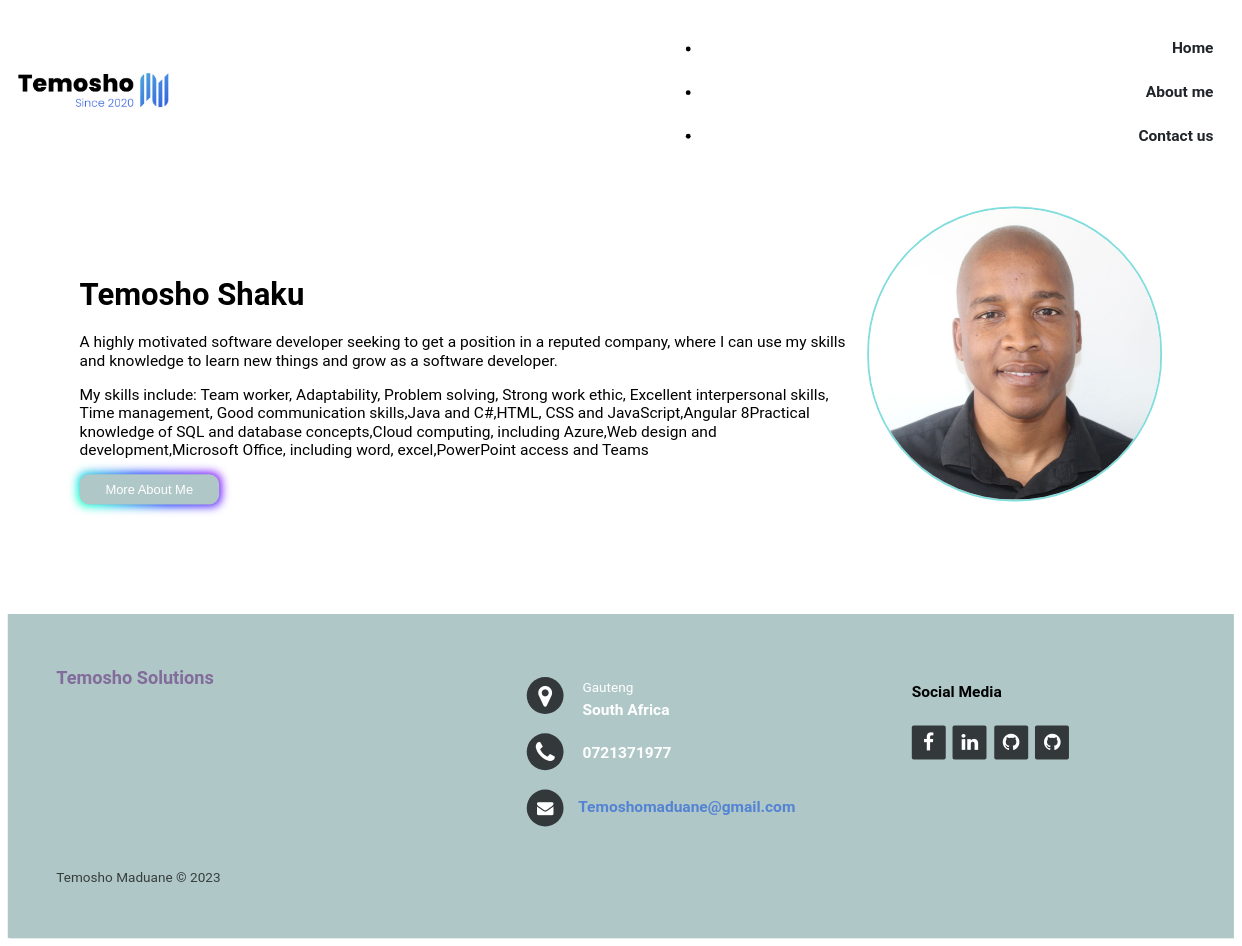
Repository: TemoshoS/T-Shaku
Page: index.html
An editor plug-in stored every save of this project. The page is shown before and after the next save, followed by the edit.
The browser window is 1280 px wide. The pictures show the whole page, at 97% of full size.
Pictures or frames that could not be fetched are drawn as grey boxes. Some web libraries are served in a nearby version.

Above is the page before, as saved 2023-09-28 14:38:58.

### index.html
<!DOCTYPE html>
<html>
<title>Temosho Shaku</title>
<meta charset="UTF-8">
<meta name="viewport" content="width=device-width,initial-scale=1">


<link rel="stylesheet" href="./css/style.css">

<link rel="stylesheet" href="http://maxcdn.bootstrapcdn.com/font-awesome/4.2.0/css/font-awesome.min.css">
<link href="http://fonts.googleapis.com/css?family=Cookie" rel="stylesheet" type="text/css">

<body>

  <header>
    <div>
      <table style="width: 100%;">
        <tr>
          <td>
            <a href="index.html">
              <img src="./images/logo.png" style="height: 50px;" alt="No logo" />
            </a>
          </td>
          <td align="right">
            <nav>
              <!-- Mobile Menu Icon -->
              <div class="menu-icon" onclick="toggleMenu()">
                <div class="bar"></div>
                <div class="bar"></div>
                <div class="bar"></div>
              </div>
              <!-- Navigation Links (Initially Hidden) -->
              <ul class="nav-links">
                <li><a href="index.html" class="nav-link"><b>Home</b></a></li>
                <li><a href="about.html" class="nav-link"><b>About me</b></a></li>
                <li><a href="contact.html" class="nav-link"><b>Contact us</b></a></li>
              </ul>
            </nav>
          </td>
        </tr>
      </table>
    </div>
  </header>



  <main>
    <table style="width: 100%; height: 300px">

      <tr>
        <td style="padding-left: 10vh; padding-top: 50px">
          <h1 id="name"></h1>
          <p style="width: 100%" id="para"></p>
          <p style="width: 100%" id="para1"></p>
          <button onclick="window.location.href='about.html'" class="buttonmore">More About Me</button>



        </td>
        <td align="right" style="padding-right: 10vh; padding-top: 30px; padding-bottom: 30px">
          <img src="./images/Temosho.jpg" alt="No picture" width="300px" height="300px"
            style="border-radius: 150px; object-fit: cover; border: 2px solid rgb(130, 221, 221);" />
        </td>
      </tr>
    </table>
  </main>


  <footer class="footer-distributed">
    <div class="footer-left">

      <h3><span>Temosho Solutions</span></h3>
      <p class="footer-links">
        <iframe
          src="https://www.google.com/maps/embed?pb=!1m18!1m12!1m3!1d57373.12731923028!2d28.183328280934226!3d-26.00669819115315!2m3!1f0!2f0!3f0!3m2!1i1024!2i768!4f13.1!3m3!1m2!1s0x1e956bed9ab01b69%3A0xc853e498933bab2e!2sTembisa%2C%201632!5e0!3m2!1sen!2sza!4v1676883111483!5m2!1sen!2sza"
          width="300" height="150" style="border:0;" allowfullscreen="" loping="lazy"></iframe>


      </p>


      <p class="footer-portfolio-name">Temosho Maduane &copy; 2023</p>
    </div>

    <div class="footer-center">

      <div>
        <i class="fa fa-map-marker"></i>
        <p><span>Gauteng</span>South Africa</p>
      </div>
      <div>
        <i class="fa fa-phone"></i>
        <p>0721371977</p>
        </p>

      </div>
      <div>

        <p><a href="temoshomaduane@gmail.com"><i class="fa fa-envelope"></i>Temoshomaduane@gmail.com</a>
        </p>
      </div>
    </div>

    <div class="footer-right">
      <p>
        Social Media
      </p>

      <div class="footer-icons">
        <a href="https://m.facebook.com/temosho.shaku"><i class="fa fa-facebook"></i></a>
        <a href="https://www.linkedin.com/mwlite/in/temosho-shaku-a2598917b"><i class="fa fa-linkedin"></i></a>
        <a href="https://github.com/TemoshoS"><i class="fa fa-github"></i></a>
        <a href="https://api.whatsapp.com/send?phone=27 721371977"><i class="fa fa-github"></i></a>

      </div>

    </div>
  </footer>
  <script src="./javascript/index.js"></script>
</body>

</html>

### css/style.css
/*Navigation bar*/
.nav-link {
	text-decoration: none;
	display: inline-block;
	padding: 13px 13px;
	color: #212529;
	margin-right: 5px;
  }

  .nav-link:hover {
	text-decoration:none;
	border-bottom: 2px solid #84e7ee;
  }


@import url("https://fonts.googleapis.com/css2?family=Roboto:wght@100&display=swap");
h1,
h2,
h3,
h4,
h5,
h6,
p,
a,
label,
address,
input {
	font-family: "Roboto", sans-serif;
}

/* CSS for Mobile Menu Icon */
.menu-icon {
    display: none; /* Initially hidden */
    cursor: pointer;
}

.menu-icon .bar {
    width: 25px;
    height: 3px;
    background-color: #212529;
    margin: 4px 0;
}

/*button*/

.buttonmore {
	padding: 0.6em 2em;
	border: none;
	outline: none;
	color: rgb(255, 255, 255);
	cursor: pointer;
	position: relative;
	z-index: 0;
	border-radius: 10px;
	user-select: none;
	-webkit-user-select: none;
	touch-action: manipulation;
  }

  .buttonmore:before {
	content: "";
	background: linear-gradient(
	  45deg,
	  #ff0000,
	  #ff7300,
	  #fffb00,
	  #48ff00,
	  #00ffd5,
	  #002bff,
	  #7a00ff,
	  #ff00c8,
	  #ff0000
	);
	position: absolute;
	top: -2px;
	left: -2px;
	background-size: 400%;
	z-index: -1;
	filter: blur(5px);
	-webkit-filter: blur(5px);
	width: calc(100% + 4px);
	height: calc(100% + 4px);
	animation: glowing-button-85 20s linear infinite;
	transition: opacity 0.3s ease-in-out;
	border-radius: 10px;
  }

  @keyframes glowing-button-85 {
	0% {
	  background-position: 0 0;
	}
	50% {
	  background-position: 400% 0;
	}
	100% {
	  background-position: 0 0;
	}
  }

  .buttonmore:after {
	z-index: -1;
	content: "";
	position: absolute;
	width: 100%;
	height: 100%;
	background: #b0c7c7;
	left: 0;
	top: 0;
	border-radius: 10px;
  }
/*Contact form*/
.contactform {


	border-radius: 5px;
	background-color: #f2f2f2;
	padding: 20px;
	width: 400px;
	margin-left: auto;
	margin-right: auto;

}



.footer-distributed{
	background-color: #b0c7c7;
	box-shadow: 0 1px 1px 0 rgba(5, 110, 52, 0.12);
	box-sizing: border-box;
	width: 100%;
	text-align: left;
	font: bold 16px sans-serif;

	padding: 55px 50px;
	margin-top: 80px;
}

.footer-distributed .footer-left,
.footer-distributed .footer-center,
.footer-distributed .footer-right{
	display: inline-block;
	vertical-align: top;
}

.footer-distributed .footer-left{
	width: 40%;
}

.footer-distributed h3{
	color:  #ffffff;

	margin: 0;
}

.footer-distributed h3 span{
	color:  #826c9b;
}


.footer-distributed .footer-links{
	color:  #ffffff;
	margin: 20px 0 12px;
	padding: 0;
}

.footer-distributed .footer-links a{
	display:inline-block;
	line-height: 1.8;
	text-decoration: none;
	color:  inherit;
}

.footer-distributed .footer-portfolio-name{
	color:  #373d3d;
	font-size: 14px;
	font-weight: normal;
	margin: 0;
}


.footer-distributed .footer-center{
	width: 35%;
}

.footer-distributed .footer-center i{
	background-color:  #33383b;
	color: #ffffff;
	font-size: 25px;
	width: 38px;
	height: 38px;
	border-radius: 50%;
	text-align: center;
	line-height: 42px;
	margin: 10px 15px;
	vertical-align: middle;
}

.footer-distributed .footer-center i.fa-envelope{
	font-size: 17px;
	line-height: 38px;
}

.footer-distributed .footer-center p{
	display: inline-block;
	color: #ffffff;
	vertical-align: middle;
	margin:0;
}

.footer-distributed .footer-center p span{
	display:block;
	font-weight: normal;
	font-size:14px;
	line-height:2;
}

.footer-distributed .footer-center p a{
	color:  #5383d3;
	text-decoration: none;;
}

.footer-distributed .footer-right{
	width: 20%;
}

.footer-distributed .footer-portfolio-about{
	line-height: 20px;
	color:  #92999f;
	font-size: 13px;
	font-weight: normal;
	margin: 0;
}

.footer-distributed .footer-portfolio-about span{
	display: block;
	color:  #ffffff;
	font-size: 14px;
	font-weight: bold;
	margin-bottom: 20px;
}

.footer-distributed .footer-icons{
	margin-top: 25px;
}

.footer-distributed .footer-icons a{
	display: inline-block;
	width: 35px;
	height: 35px;
	cursor: pointer;
	background-color:  #33383b;
	border-radius: 2px;

	font-size: 20px;
	color: #ffffff;
	text-align: center;
	line-height: 35px;

	margin-right: 3px;
	margin-bottom: 5px;
}


@media (max-width: 880px) {

	.menu-icon {
        display: block; /* Display the icon for smaller screens */
    }

    .nav-links {
        display: none; /* Hide the navigation links for smaller screens */
    }

    /* Add additional styles for the navigation links when hidden */
    .nav-link {
        display: block;
        text-align: center;
        margin: 5px 0;
        padding: 10px;
    }

	.footer-distributed{
		font: bold 14px sans-serif;

	}

	.footer-distributed .footer-left,
	.footer-distributed .footer-center,
	.footer-distributed .footer-right{
		display: block;
		width: 100%;
		margin-bottom: 40px;
		text-align: center;
	}

	.footer-distributed .footer-center i{
		margin-left: 0;
	}


}

### javascript/index.js

document.getElementById("name").innerHTML = "Temosho Shaku";

document.getElementById("para").innerHTML = "A highly motivated software developer seeking to get a position in a reputed company, where I can use my skills and knowledge to learn new things and grow as a software developer.";

document.getElementById("para1").innerHTML = "My skills include: Team worker, Adaptability, Problem solving, Strong work ethic, Excellent interpersonal skills, Time management, Good communication skills,Java and C#,HTML, CSS and JavaScript,Angular 8Practical knowledge of SQL and database concepts,Cloud computing, including Azure,Web design and development,Microsoft Office, including word, excel,PowerPoint access and Teams";

function toggleMenu() {
    var navLinks = document.querySelector('.nav-links');
    navLinks.style.display = navLinks.style.display === 'block' ? 'none' : 'block';
}

After the next save:
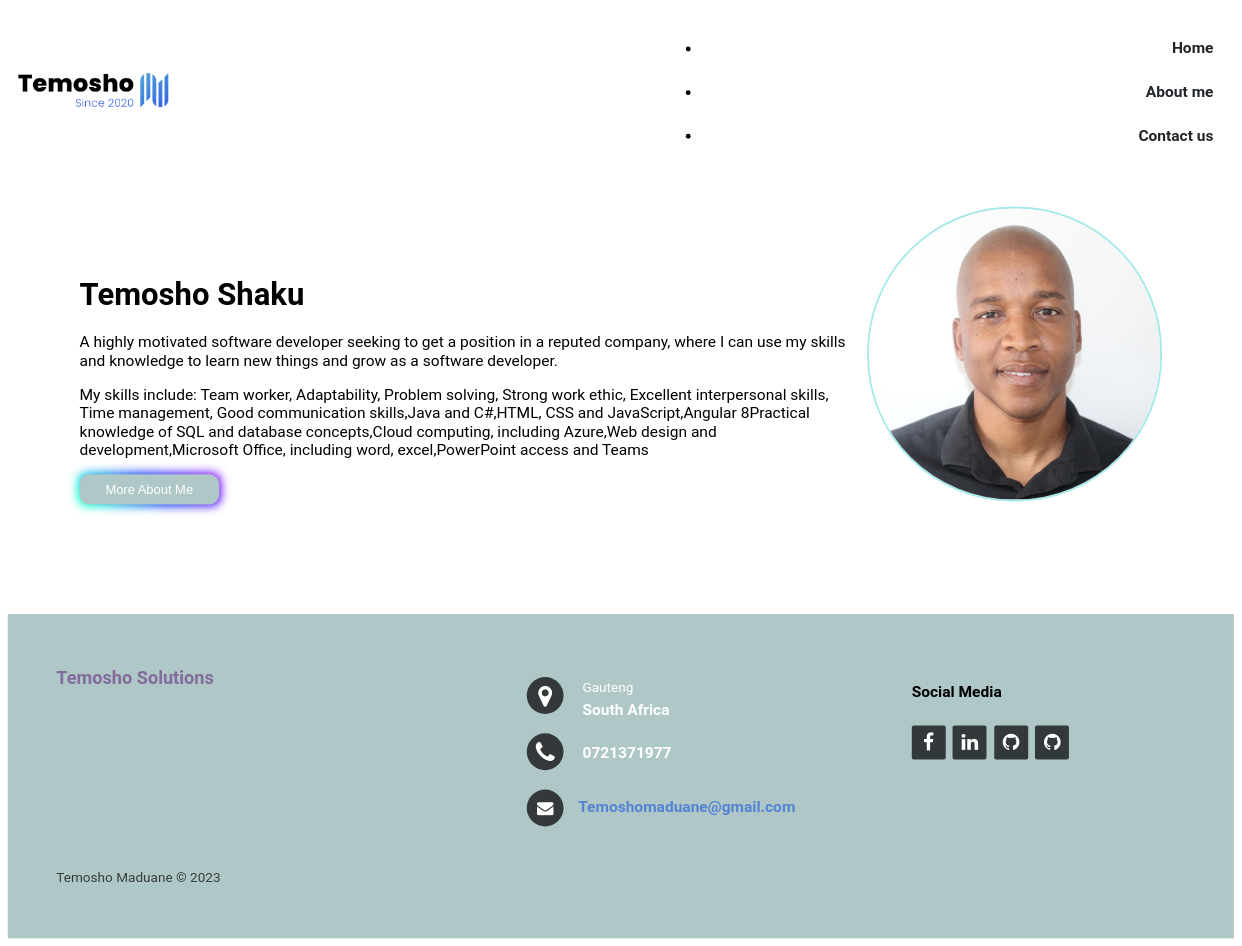
Saved 4 s later.
--- a/index.html
+++ b/index.html
@@ -59,7 +59,7 @@
         </td>
         <td align="right" style="padding-right: 10vh; padding-top: 30px; padding-bottom: 30px">
           <img src="./images/Temosho.jpg" alt="No picture" width="300px" height="300px"
-            style="border-radius: 150px; object-fit: cover; border: 2px solid rgb(130, 221, 221);" />
+            style="border-radius: 150px; object-fit: cover; border: 2px solid rgb(166, 233, 233);" />
         </td>
       </tr>
     </table>
